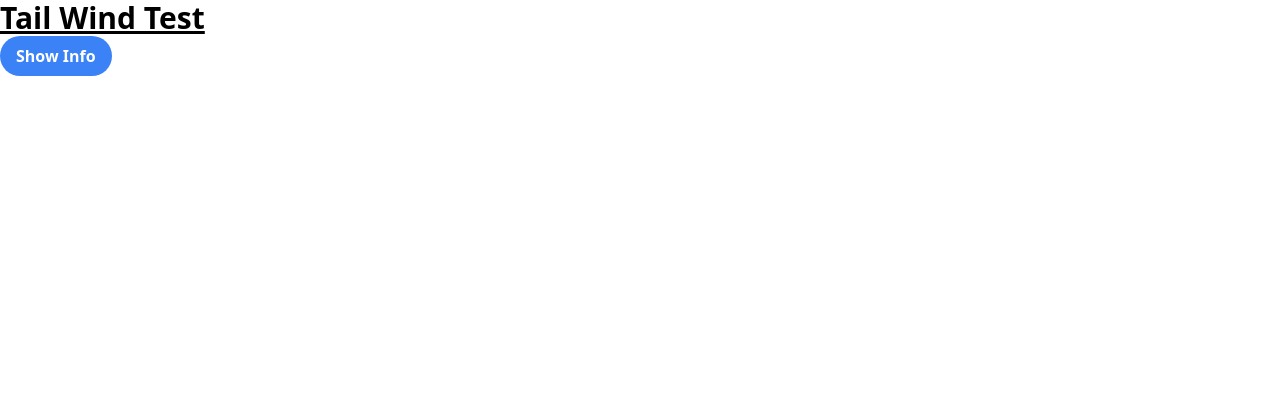
Repository: pawelpiwowarski/arweave-nft
Page: /
These files come from the project's save history. The page is drawn as it stood at one moment and after the next save; the edit follows.
The browser window is 1280 px wide. The pictures show the whole page.
The project was rebuilt for these pictures with package versions that can differ from the ones it lists, and the page was loaded fresh each time. The framework's server and built-in components were replaced by stand-ins that run in the browser.

Above is the page before, as saved 2023-01-17 15:01:23.

### pages/_app.tsx
import '../styles/globals.css'

function MyApp({ Component, pageProps }) {
    return <Component {...pageProps} />
    }

export default MyApp

### pages/index.tsx
import { useState } from "react";
import getContract from '../configureWarpClient'


function HomePage() {
 const [address, setAddress] = useState<string | null>(null);
const [img, setImg] = useState<string | null>(null);
const [res, setRes] = useState<string | null>(null);
  async function handleLogin() {

    const {transactionId, contract} = await getContract();

    setImg(`https://arweave.net/${transactionId}`)

    setAddress(await window.arweaveWallet.getActiveAddress());

    // fetch the data from local endpoint
    const response = await fetch('http://localhost:3000/api/hello', {
      method: 'GET',
      headers: {
        'Content-Type': 'application/json'
      }
    });

    const {name} = (await response.json());
    setRes(name);
  }

  return (

      // center the button
      <div>

      <h1 className="text-3xl font-bold underline" >Tail Wind Test</h1>
      <div>
            <button className="bg-blue-500 hover:bg-blue-700 text-white font-bold py-2 px-4 rounded-full" onClick={handleLogin}>Show Info</button>

      { address && <h1 className="text-3xl font-bold underline" >Address: {address}</h1>}
      { img && <img src={img} />}
    </div>
    </div>

  );
}

export default HomePage;

### configureWarpClient.js
import { WarpFactory } from "warp-contracts";

const transactionId = "o9u_KYD5-Tn-VRmeNAic0kdFqrLLz0bYgMu9COr7Gk0";

let warp;
let contract;

async function getContract() {
  warp = WarpFactory.forMainnet();

  // obtain the signature from the user who is using ArConnect wallet

  await window.arweaveWallet.connect([
    "ACCESS_ADDRESS",
    "SIGN_TRANSACTION",
    "SIGNATURE",
  ]);

  contract = warp.contract(transactionId).connect("use_wallet");

  console.log("contract", contract);
  return { transactionId, contract };
}

export default getContract;

Loaded but not shown: styles/globals.css (common file); tailwind.config.js (common file)

After the next save:
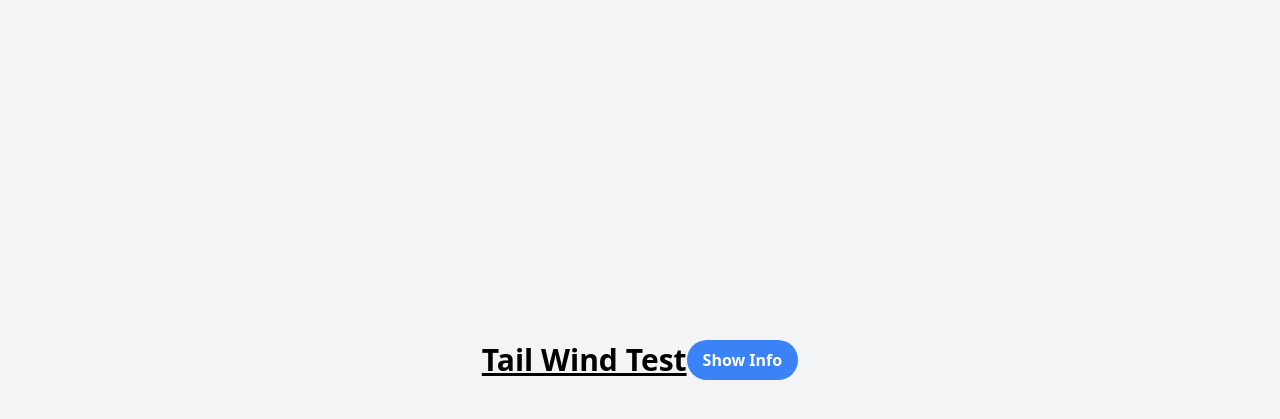
Saved 51 s later.
--- a/pages/index.tsx
+++ b/pages/index.tsx
@@ -28,8 +28,9 @@
 
   return (
 
-      // center the button
-      <div>
+       //centered div and apply nice background color
+    <div className="flex justify-center items-center h-screen bg-gray-100">
+
 
       <h1 className="text-3xl font-bold underline" >Tail Wind Test</h1>
       <div>
